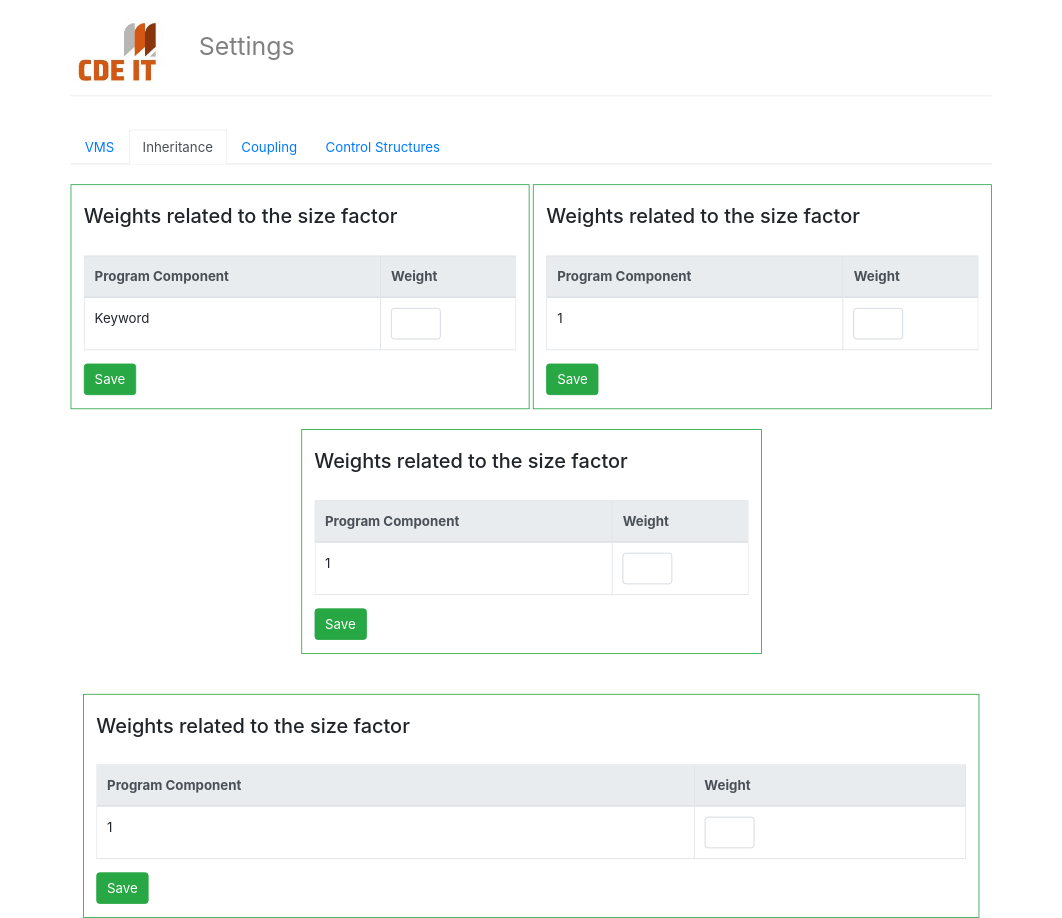
Repository: JudeAshan98/ITPM
Page: CDE_IT/WebContent/views/settings.html
The author's editor kept a copy of each file at every save. The page is drawn from the files as they stood at one save, then again after the next save.
The browser window is 1280 px wide. The pictures show the whole page, at 83% of full size.

Above is the page before, as saved 2020-03-01 16:56:05.

After the next save:
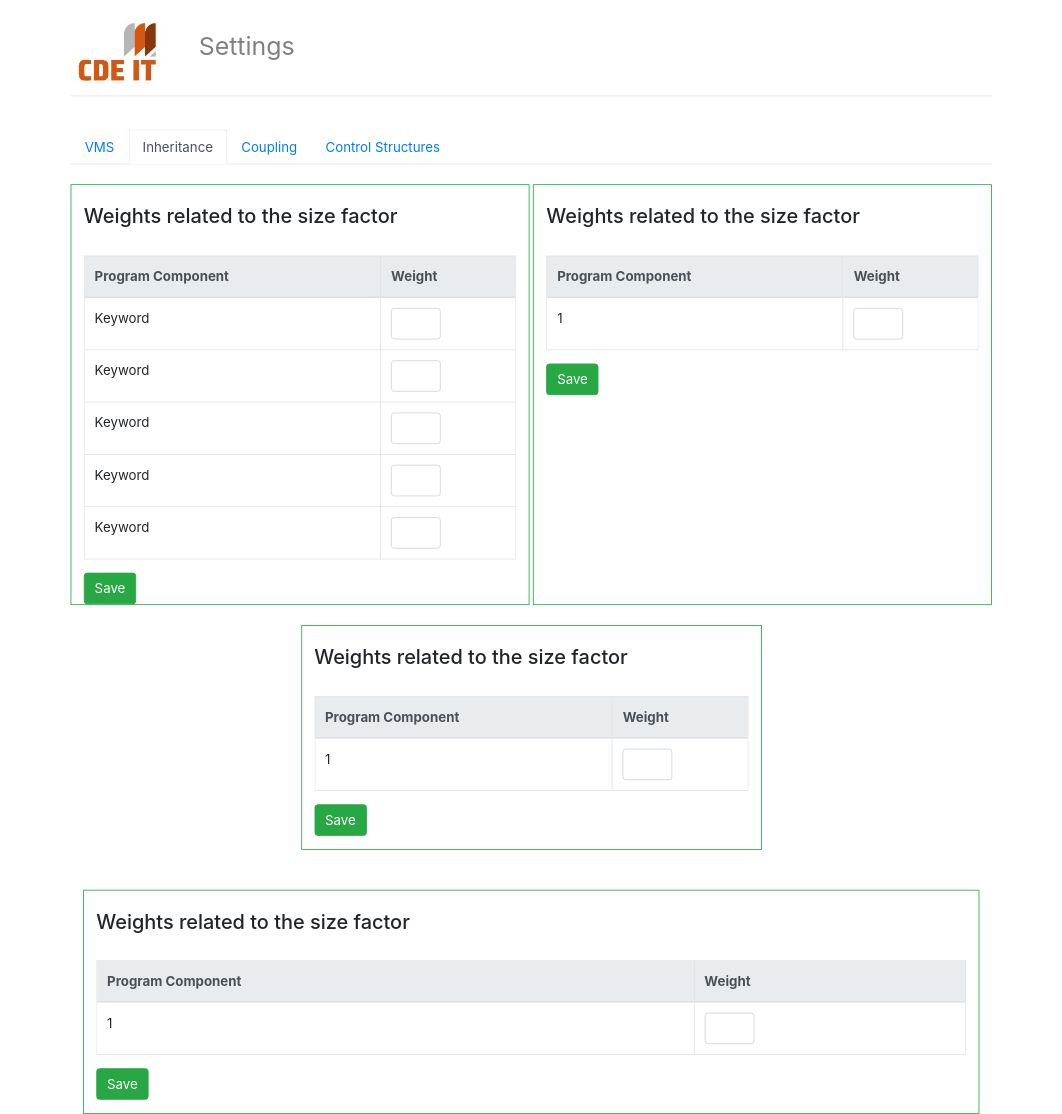
Saved 15 s later.
--- a/CDE_IT/WebContent/views/settings.html
+++ b/CDE_IT/WebContent/views/settings.html
@@ -59,6 +59,22 @@
 										<td>Keyword</td>
 										<td><input type="number" class="form-control"   style="width:60px"></td>
 									</tr>
+									<tr>
+										<td>Keyword</td>
+										<td><input type="number" class="form-control"   style="width:60px"></td>
+									</tr>
+									<tr>
+										<td>Keyword</td>
+										<td><input type="number" class="form-control"   style="width:60px"></td>
+									</tr>
+									<tr>
+										<td>Keyword</td>
+										<td><input type="number" class="form-control"   style="width:60px"></td>
+									</tr>
+									<tr>
+										<td>Keyword</td>
+										<td><input type="number" class="form-control"   style="width:60px"></td>
+									</tr>
 								</tbody>
 							</table>
 						</div>
